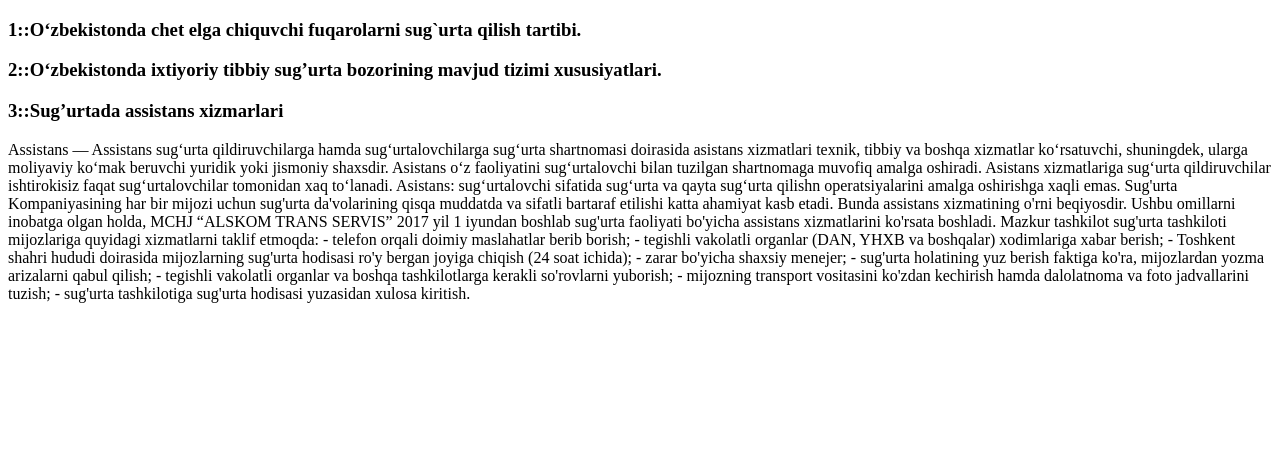
Repository: Ikromkhurozov/exam-inst
Page: index.html
An editor plug-in stored every save of this project. The page is shown before and after the next save, followed by the edit.
The browser window is 1280 px wide. The pictures show the whole page.

Above is the page before, as saved 2023-05-21 14:43:21.

After the next save:
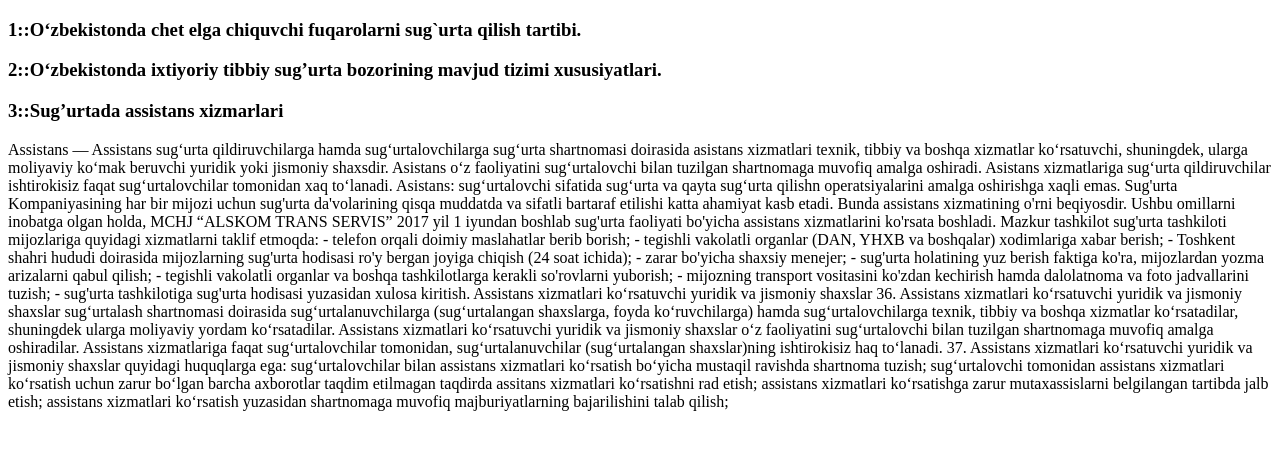
Saved 49 s later.
--- a/index.html
+++ b/index.html
@@ -46,6 +46,26 @@
       - mijozning transport vositasini ko'zdan kechirish hamda dalolatnoma va foto
       jadvallarini tuzish;
       - sug'urta tashkilotiga sug'urta hodisasi yuzasidan xulosa kiritish.
+
+      Assistans xizmatlari ko‘rsatuvchi yuridik va jismoniy shaxslar
+ 36. Assistans xizmatlari ko‘rsatuvchi yuridik va jismoniy shaxslar sug‘urtalash
+shartnomasi doirasida sug‘urtalanuvchilarga (sug‘urtalangan shaxslarga, foyda
+ko‘ruvchilarga) hamda sug‘urtalovchilarga texnik, tibbiy va boshqa xizmatlar
+ko‘rsatadilar, shuningdek ularga moliyaviy yordam ko‘rsatadilar.
+ Assistans xizmatlari ko‘rsatuvchi yuridik va jismoniy shaxslar o‘z faoliyatini
+sug‘urtalovchi bilan tuzilgan shartnomaga muvofiq amalga oshiradilar.
+ Assistans xizmatlariga faqat sug‘urtalovchilar tomonidan, sug‘urtalanuvchilar
+(sug‘urtalangan shaxslar)ning ishtirokisiz haq to‘lanadi.
+ 37. Assistans xizmatlari ko‘rsatuvchi yuridik va jismoniy shaxslar quyidagi huquqlarga ega:
+ sug‘urtalovchilar bilan assistans xizmatlari ko‘rsatish bo‘yicha mustaqil ravishda
+shartnoma tuzish;
+ sug‘urtalovchi tomonidan assistans xizmatlari ko‘rsatish uchun zarur bo‘lgan
+barcha axborotlar taqdim etilmagan taqdirda assitans xizmatlari ko‘rsatishni rad
+etish;
+ assistans xizmatlari ko‘rsatishga zarur mutaxassislarni belgilangan tartibda jalb
+etish;
+ assistans xizmatlari ko‘rsatish yuzasidan shartnomaga muvofiq majburiyatlarning
+bajarilishini talab qilish;
     </div>
 </body>
 </html>
